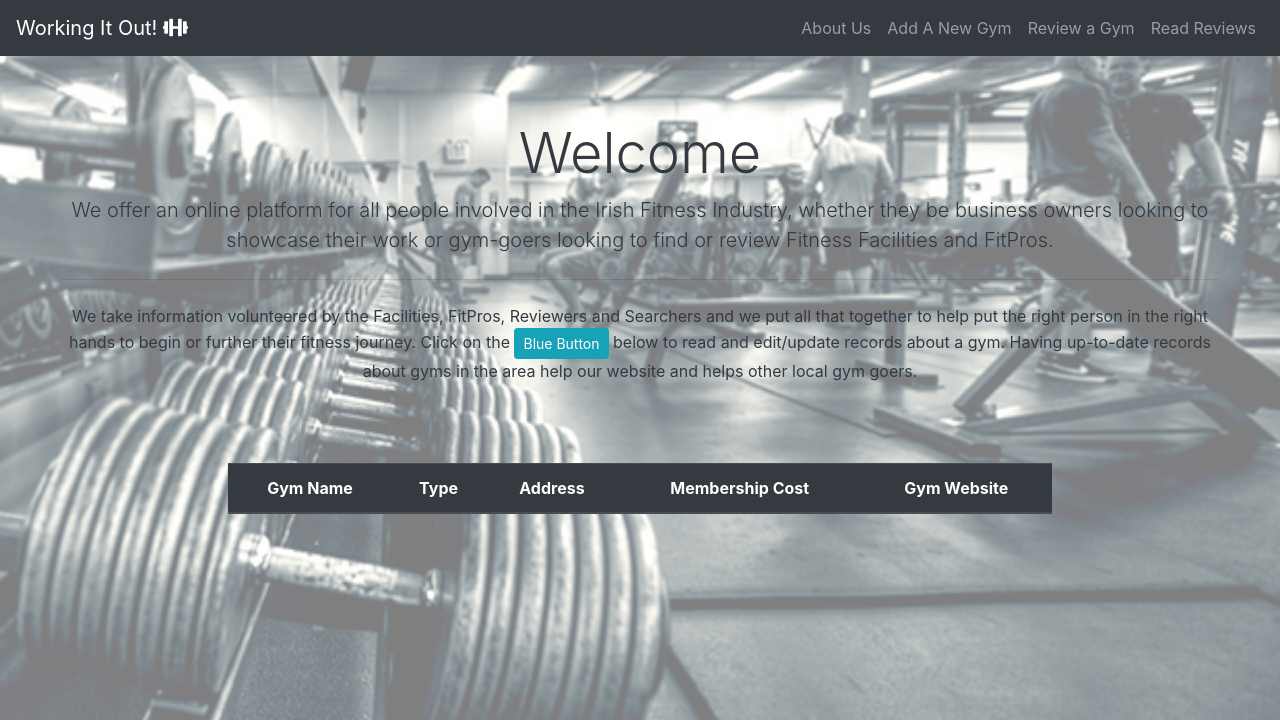
Repository: cgaynor91/Working_It_Out
Page: http://localhost/
The author's editor kept a record of every edit. The page is drawn from the files as they stood at one moment, then again after the next edit.
The browser window is 1280 px wide. The pictures show the whole page.
Some web libraries are served in a nearby version. The page is served by the project's application, run on Flask 3 (app.py). Queries for data that is not in the repository find no rows.

Above is the page before.

After the next edit:
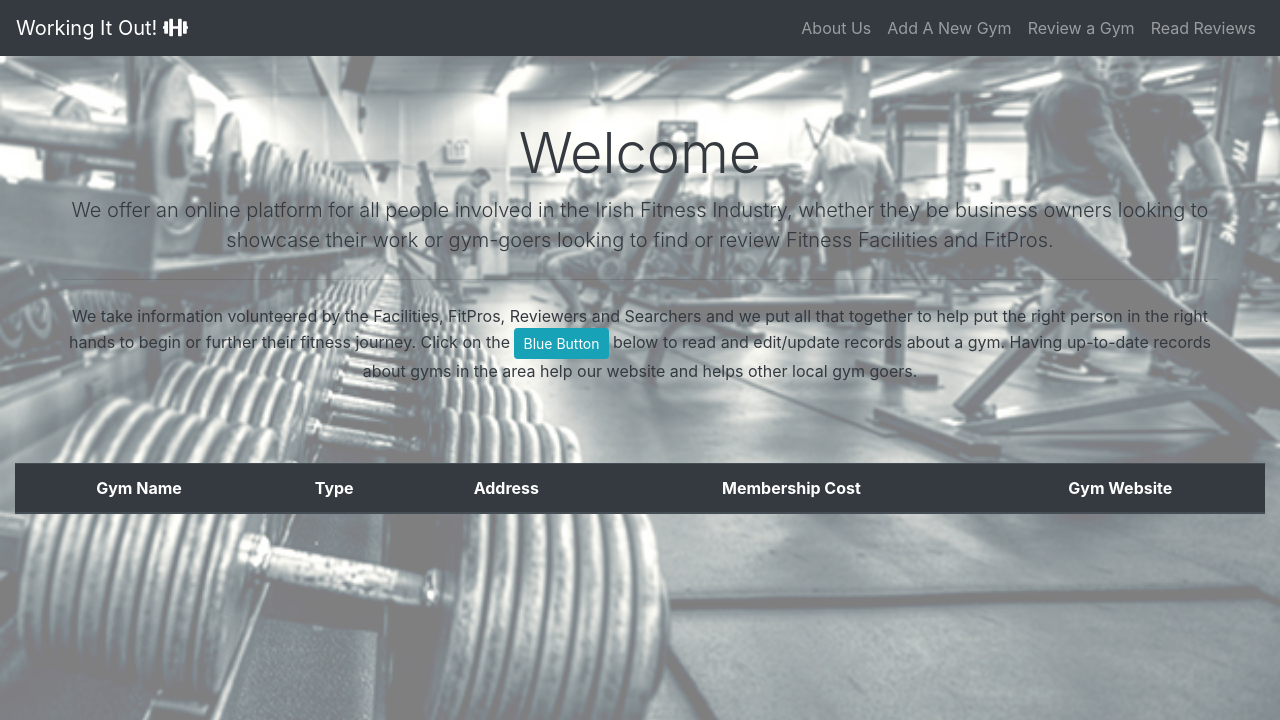
The edit:
--- a/static/css/style.css
+++ b/static/css/style.css
@@ -14,6 +14,16 @@
 
 .display-3 {
     margin-top: 10px;
+}
+
+.welcome-para {
+    margin-top: 0px;
+}
+
+.col-12 {
+    -ms-flex: 0 0 100%;
+    flex: 0 0 100%;
+    max-width: 100%;
 }
 
 .bg {
